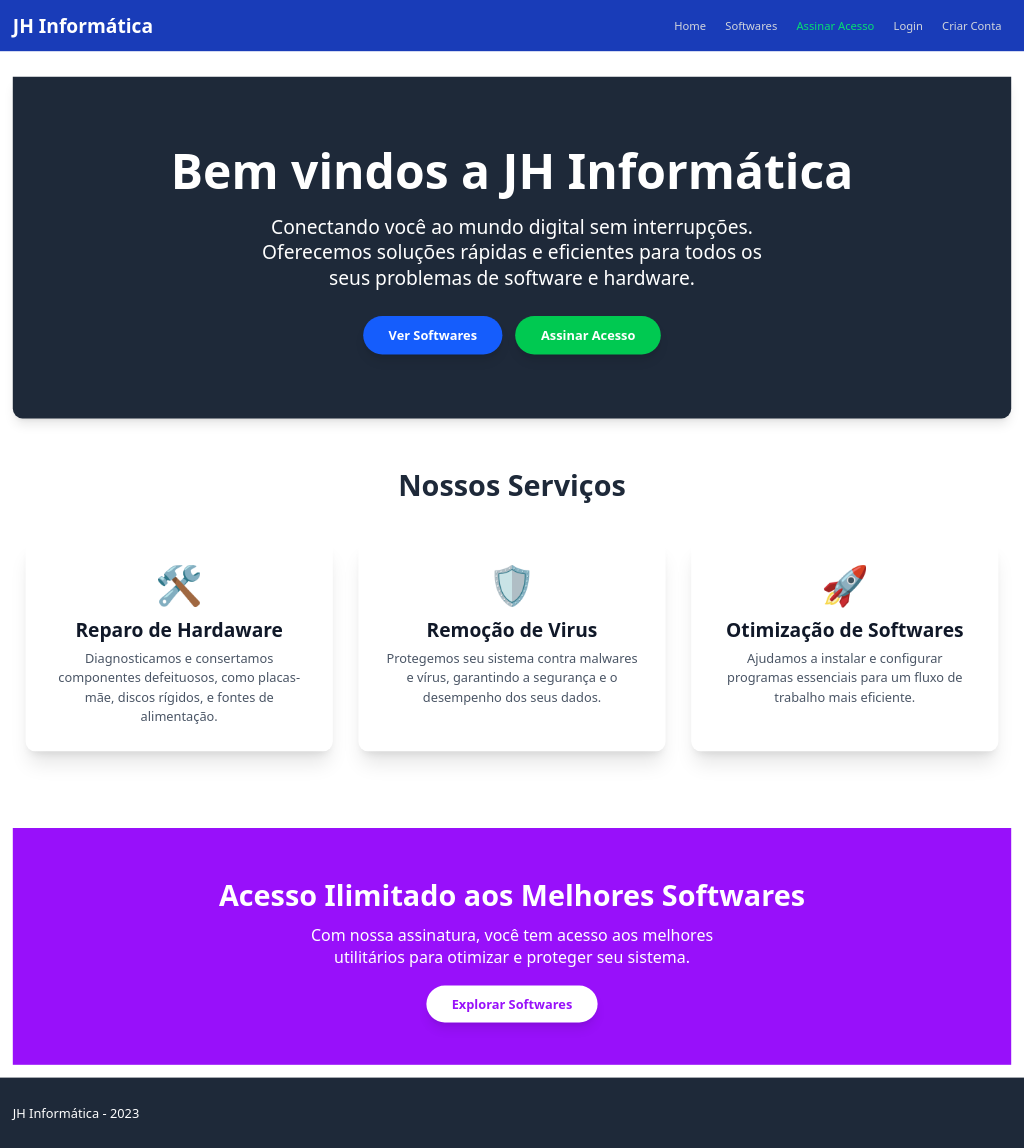
Repository: estevam02009/jh-info
Page: / (app in frontend/)
These files come from the project's save history. The page is drawn as it stood at one moment and after the next save; the edit follows.
The browser window is 1280 px wide. The pictures show the whole page, at 80% of full size.
The project was rebuilt for these pictures with package versions that can differ from the ones it lists, and the page was loaded fresh each time. Also part of the build but not shown: frontend/src/pages/Login.jsx, frontend/src/pages/Register.jsx, frontend/src/pages/Dashboard.jsx, frontend/src/components/ProtectedRoute.jsx, frontend/src/pages/SoftwareList.jsx, frontend/src/pages/SoftwareDetails.jsx, frontend/src/pages/SoftwareManagement.jsx, frontend/src/pages/PaymentPage.jsx and 1 more.

Above is the page before, as saved 2025-07-13 13:49:18.

After the next save:
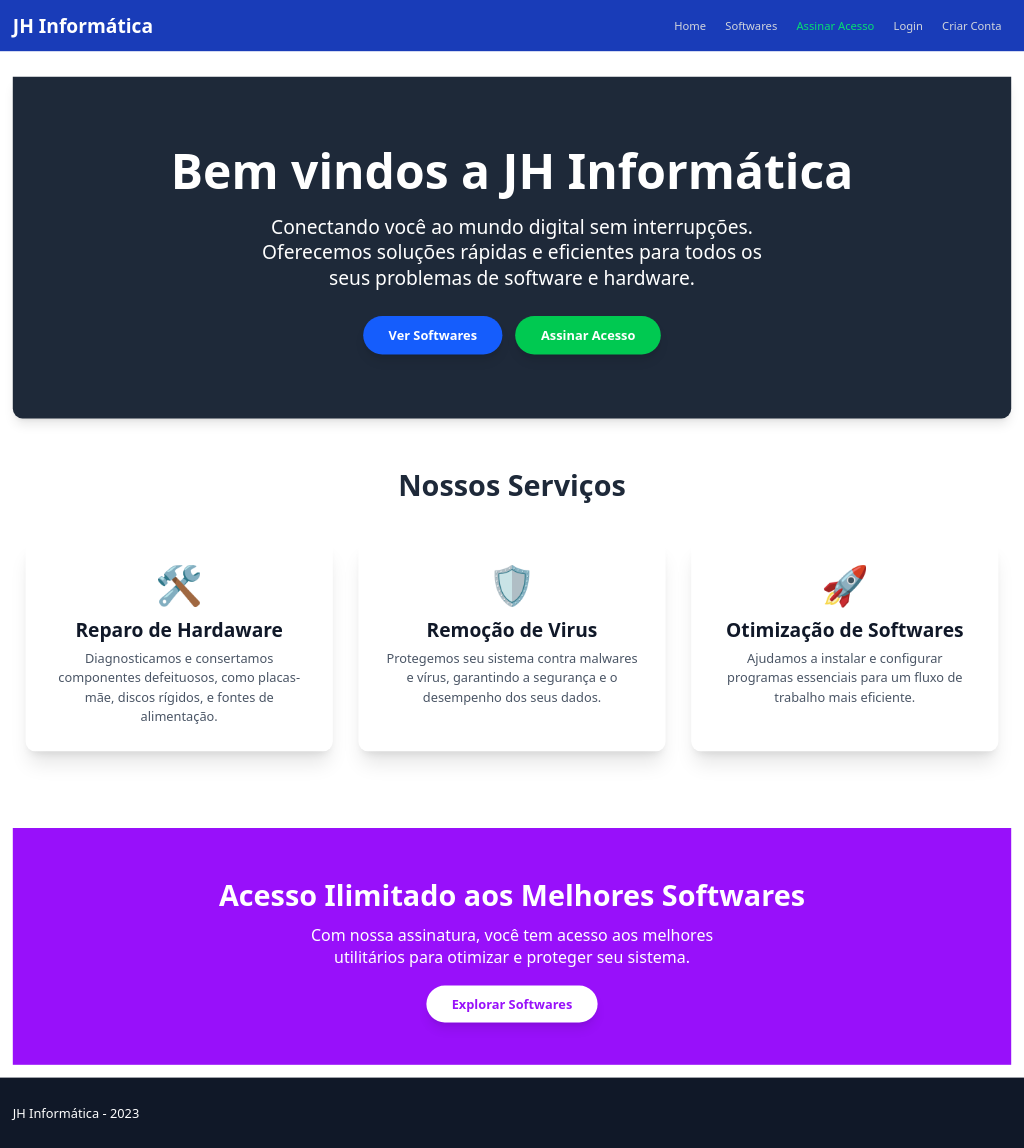
Saved 25 s later.
--- a/frontend/src/App.jsx
+++ b/frontend/src/App.jsx
@@ -87,7 +87,7 @@ const App = () => {
             </div>
 
             {/* Footer (Rodapé) */}
-            <footer className='bg-gray-800 p-4 text-white py-8 px-4 mt-auto'>
+            <footer className='bg-gray-900 p-4 text-white py-8 px-4 mt-auto'>
                 <p>JH Informática - 2023</p>
             </footer>
         </>
